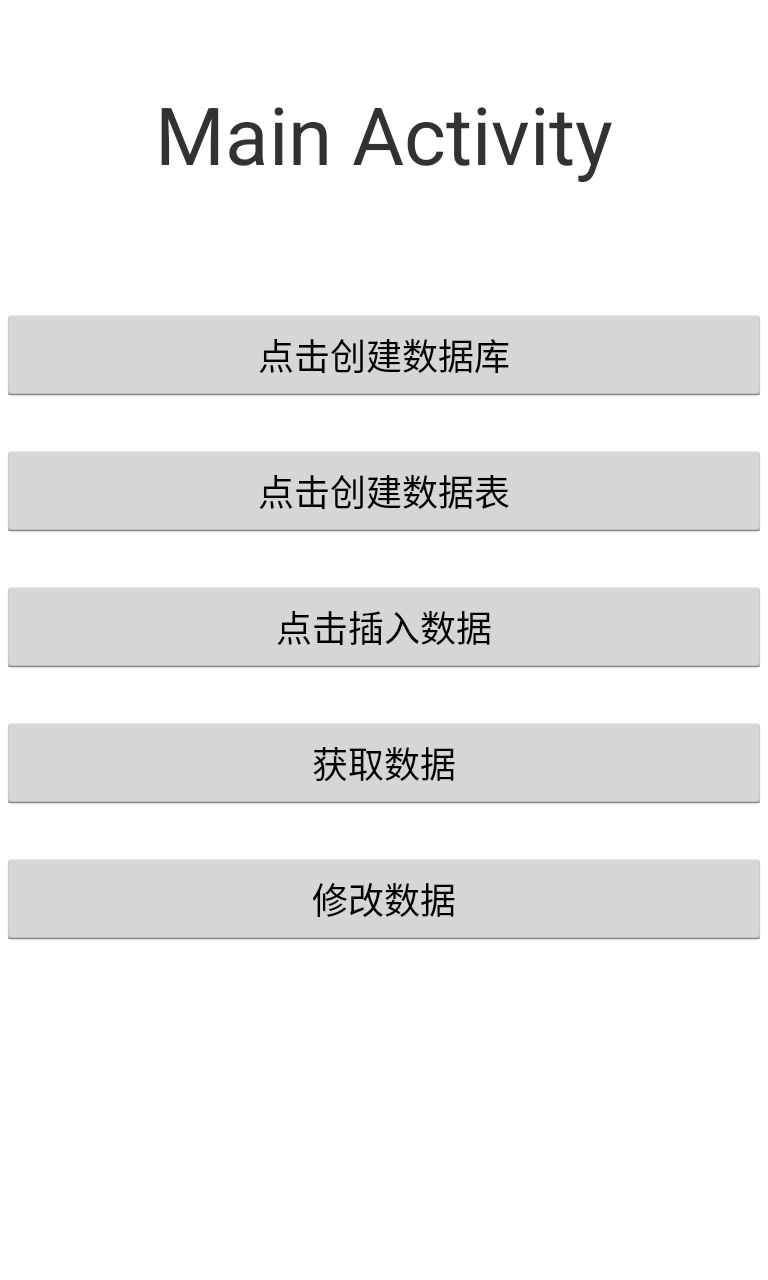
Repository: CiLiNet-Android/courseware
Layout: Android数据存储/Sqlite数据库存储/SourceCodes/SqliteDBStorageDemo/res/layout/activity_main.xml
The author's editor kept a copy of each file at every save. The layout is drawn from the files as they stood at one save, then again after the next save.
It is drawn on a 768 x 1280 px phone screen (xhdpi) without system bars, with theme AppTheme; the app's code is not run.

Above is the layout before, as saved 2013-12-24 13:27:53.

After the next save:
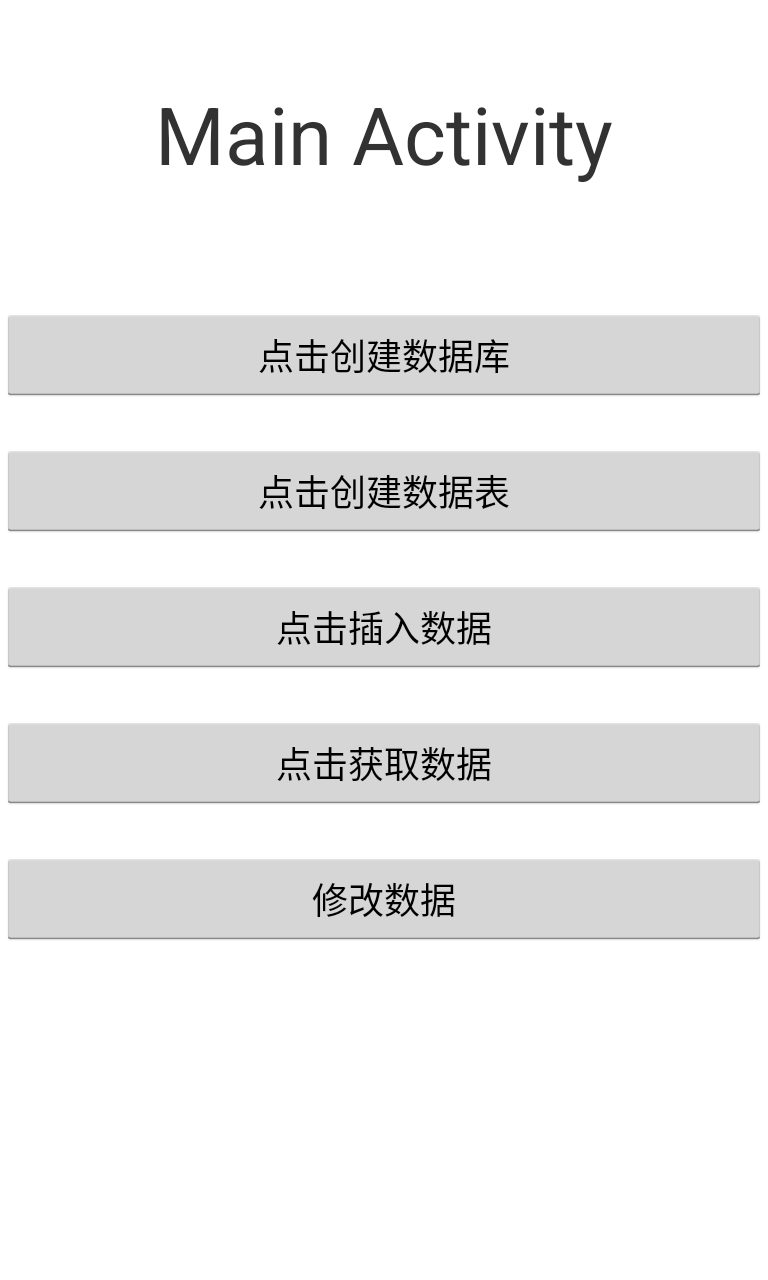
Saved 42 s later.
--- a/Android数据存储/Sqlite数据库存储/SourceCodes/SqliteDBStorageDemo/res/layout/activity_main.xml
+++ b/Android数据存储/Sqlite数据库存储/SourceCodes/SqliteDBStorageDemo/res/layout/activity_main.xml
@@ -36,7 +36,7 @@
     <Button
         android:layout_width="match_parent"
         android:layout_height="wrap_content"
-        android:text="获取数据"
+        android:text="点击获取数据"
         android:layout_marginTop="20dp"
         android:id="@+id/btn_selectUser"/>
 
